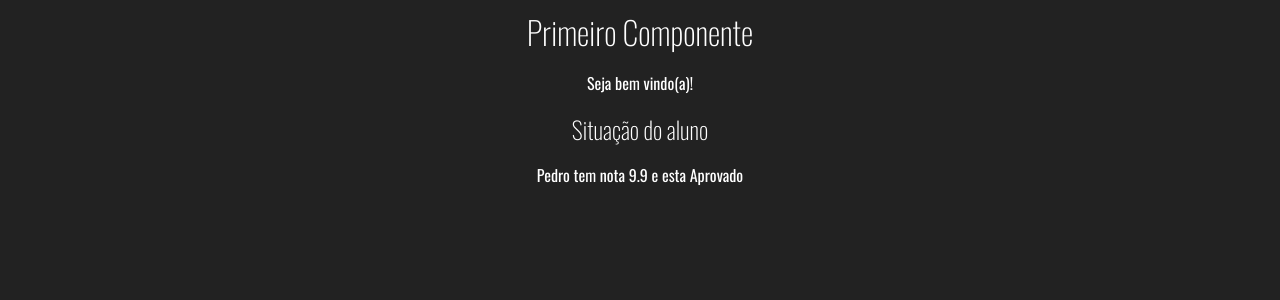
Repository: Rubenslourenco/exerciciosReactRedux
Page: / (app in fundamentos-react/)
These files come from the project's save history. The page is drawn as it stood at one moment and after the next save; the edit follows.
The browser window is 1280 px wide. The pictures show the whole page.
The project was rebuilt for these pictures with package versions that can differ from the ones it lists, and the page was loaded fresh each time.

Above is the page before, as saved 2025-01-30 10:03:56.

### fundamentos-react/public/index.html
<!DOCTYPE html>
<html lang="en">
  <head>
    <meta charset="utf-8" />
    <link rel="icon" href="%PUBLIC_URL%/favicon.ico" />
    <meta name="viewport" content="width=device-width, initial-scale=1" />
    <meta name="theme-color" content="#000000" />
    <meta
      name="description"
      content="Web site created using create-react-app"
    />
    <link rel="apple-touch-icon" href="%PUBLIC_URL%/logo192.png" />
    <link
      href="https://fonts.googleapis.com/css2?family=Oswald:wght@200;300;400;500;600;700&display=swap"
      rel="stylesheet"
    />
    <!--
      manifest.json provides metadata used when your web app is installed on a
      user's mobile device or desktop. See https://developers.google.com/web/fundamentals/web-app-manifest/
    -->
    <link rel="manifest" href="%PUBLIC_URL%/manifest.json" />
    <!--
      Notice the use of %PUBLIC_URL% in the tags above.
      It will be replaced with the URL of the `public` folder during the build.
      Only files inside the `public` folder can be referenced from the HTML.

      Unlike "/favicon.ico" or "favicon.ico", "%PUBLIC_URL%/favicon.ico" will
      work correctly both with client-side routing and a non-root public URL.
      Learn how to configure a non-root public URL by running `npm run build`.
    -->
    <title>React App</title>
  </head>
  <body>
    <noscript>You need to enable JavaScript to run this app.</noscript>
    <div id="root"></div>
    <!--
      This HTML file is a template.
      If you open it directly in the browser, you will see an empty page.

      You can add webfonts, meta tags, or analytics to this file.
      The build step will place the bundled scripts into the <body> tag.

      To begin the development, run `npm start` or `yarn start`.
      To create a production bundle, use `npm run build` or `yarn build`.
    -->
  </body>
</html>

### fundamentos-react/src/index.js
import { StrictMode } from "react";
import { createRoot } from "react-dom/client";
import "./index.css";

import Primeiro from "./componentes/Primeiro";
import ComParametro from "./componentes/ComParametro";

createRoot(document.getElementById("root")).render(
  <StrictMode>
    <Primeiro></Primeiro>
    <ComParametro titulo="Situação do aluno " aluno="Pedro" nota={9.9} />
  </StrictMode>
);

### fundamentos-react/src/index.css
body {
  font-family: Oswald;
  background-color: #222;
  color: #fff;
  text-align: center;
}

h1,
h2,
h3 {
  font-weight: 200;
  margin: 0;
}

### fundamentos-react/src/componentes/Primeiro.js
import React from "react";
export default function Primeiro() {
  const msg = "Seja bem vindo(a)!";
  return (
    <div>
      <h1>Primeiro Componente</h1>
      <p>{msg}</p>
    </div>
  );
}

### fundamentos-react/src/componentes/ComParametro.jsx
import React from "react";
export default function ComParametro(props) {
  const status = props.nota >= 7 ? "Aprovado" : "Reprovado";
  return (
    <div id="app">
      <h2>{props.titulo}</h2>
      <p>
        {props.aluno} tem nota {props.nota} e esta {status}
      </p>
    </div>
  );
}

After the next save:
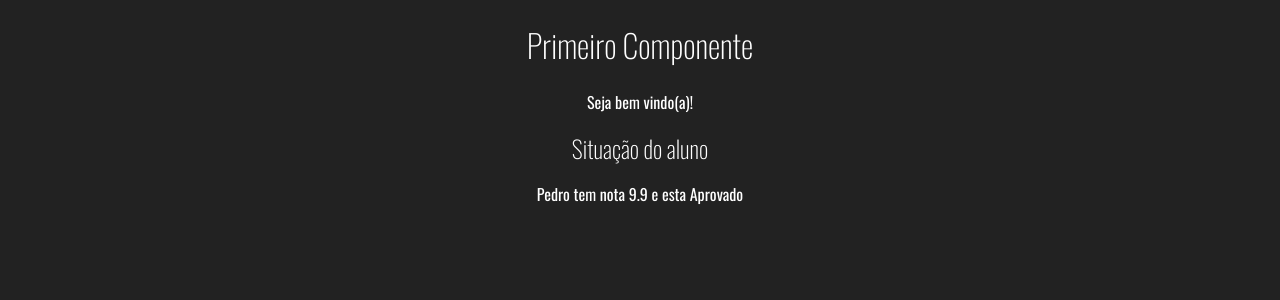
Saved 37 min 30 s later.
--- a/fundamentos-react/src/index.css
+++ b/fundamentos-react/src/index.css
@@ -9,5 +9,9 @@ h1,
 h2,
 h3 {
   font-weight: 200;
+}
+
+h2,
+h3 {
   margin: 0;
 }
